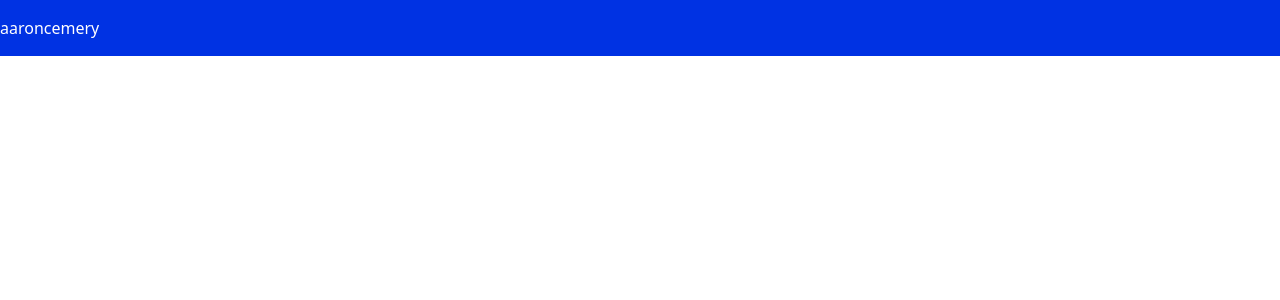
Repository: aaroncemery/aaroncemery-next13
Page: /
The author's editor kept a copy of each file at every save. The page is drawn from the files as they stood at one save, then again after the next save.
The browser window is 1280 px wide. The pictures show the whole page.
The project was rebuilt for these pictures with package versions that can differ from the ones it lists, and the page was loaded fresh each time. The framework's server and built-in components were replaced by stand-ins that run in the browser. Also part of the build but not shown: next.config.js.

Above is the page before, as saved 2022-11-24 19:04:37.

After the next save:
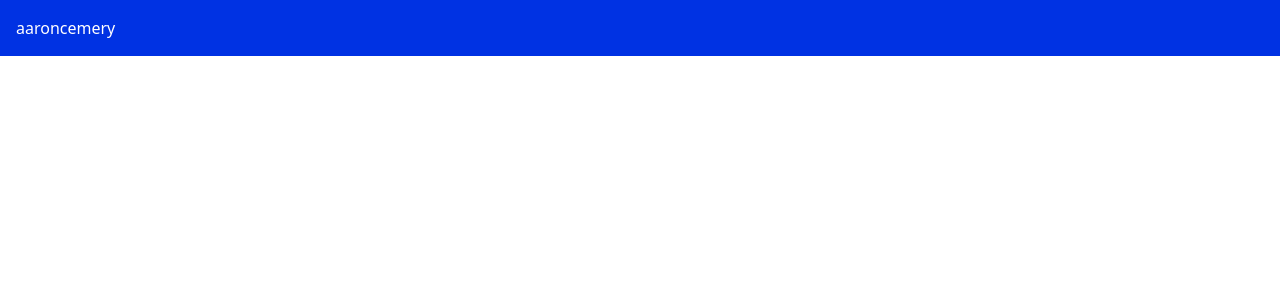
Saved 33 s later.
--- a/components/ui/nav.tsx
+++ b/components/ui/nav.tsx
@@ -1,7 +1,9 @@
 export default function Nav() {
   return (
     <nav className="bg-[#0032E3] py-4">
-      <div className="text-white">aaroncemery</div>
+      <div className="container mx-auto px-4">
+        <div className="text-white">aaroncemery</div>
+      </div>
     </nav>
   )
 }
